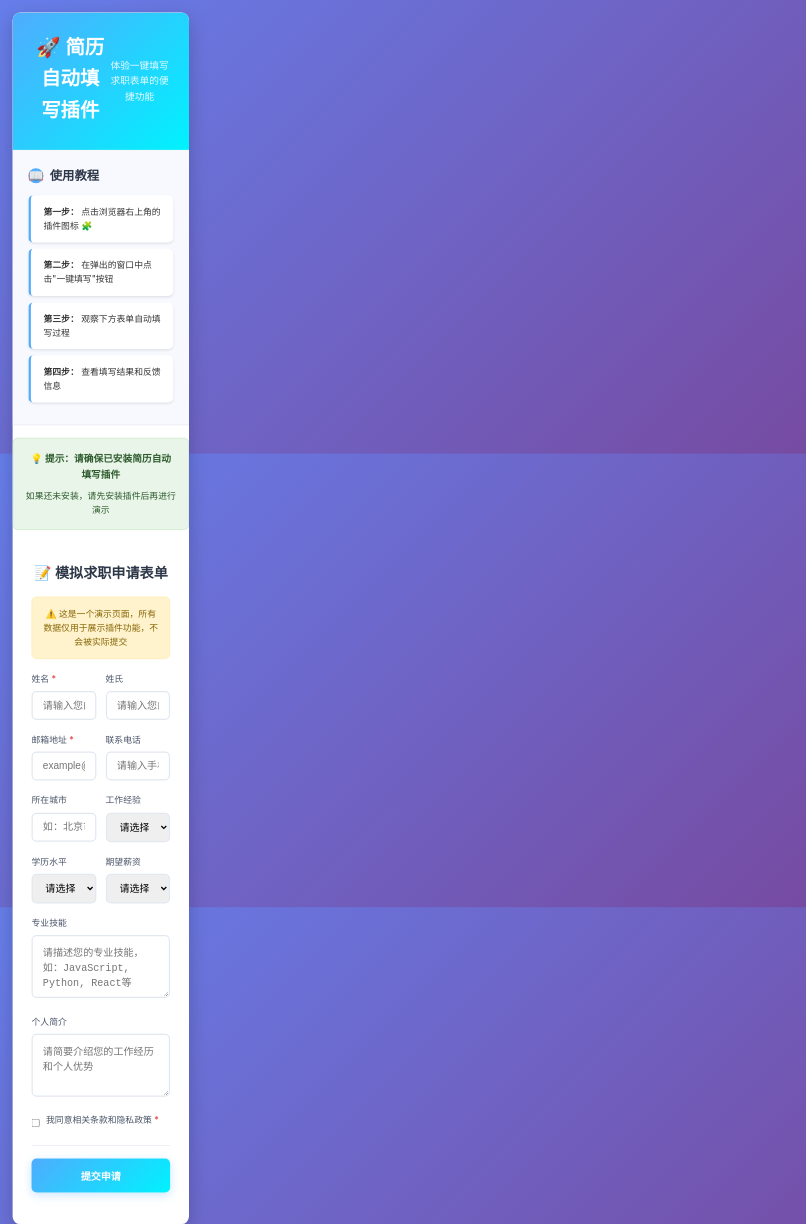
Repository: Zion74/jiancareer-chrome-main-zhn
Page: public/mock-form.html
The author's editor kept a copy of each file at every save. The page is drawn from the files as they stood at one save, then again after the next save.
The browser window is 1280 px wide. The pictures show the whole page, at 63% of full size.

Above is the page before, as saved 2025-09-09 18:50:25.

### public/mock-form.html
<!DOCTYPE html>
<html lang="zh-CN">
<head>
    <meta charset="UTF-8">
    <meta name="viewport" content="width=device-width, initial-scale=1.0">
    <title>简历自动填写插件 - 教学演示页面</title>
    <link rel="stylesheet" href="styles.css">
    <style>
        body {
            font-family: -apple-system, BlinkMacSystemFont, 'Segoe UI', Roboto, sans-serif;
            line-height: 1.6;
            margin: 0;
            padding: 20px;
            background: linear-gradient(135deg, #667eea 0%, #764ba2 100%);
            min-height: 100vh;
        }

        .container {
            max-width: 800px;
            margin: 0 auto;
            background: white;
            border-radius: 12px;
            box-shadow: 0 10px 30px rgba(0,0,0,0.2);
            overflow: hidden;
        }

        .header {
            background: linear-gradient(135deg, #4facfe 0%, #00f2fe 100%);
            color: white;
            padding: 30px;
            text-align: center;
        }

        .header h1 {
            margin: 0 0 10px 0;
            font-size: 2.2em;
            font-weight: 600;
        }

        .header p {
            margin: 0;
            font-size: 1.1em;
            opacity: 0.9;
        }

        .tutorial-section {
            background: #f8f9ff;
            padding: 25px;
            border-bottom: 1px solid #e1e5e9;
        }

        .tutorial-title {
            color: #2d3748;
            font-size: 1.4em;
            font-weight: 600;
            margin-bottom: 15px;
            display: flex;
            align-items: center;
        }

        .tutorial-icon {
            width: 24px;
            height: 24px;
            margin-right: 10px;
            background: #4facfe;
            border-radius: 50%;
            display: flex;
            align-items: center;
            justify-content: center;
            color: white;
            font-weight: bold;
        }

        .tutorial-steps {
            list-style: none;
            padding: 0;
            margin: 0;
        }

        .tutorial-steps li {
            background: white;
            margin: 10px 0;
            padding: 15px 20px;
            border-radius: 8px;
            border-left: 4px solid #4facfe;
            box-shadow: 0 2px 4px rgba(0,0,0,0.1);
        }

        .form-section {
            padding: 30px;
        }

        .form-title {
            color: #2d3748;
            font-size: 1.6em;
            font-weight: 600;
            margin-bottom: 20px;
            text-align: center;
        }

        .form-group {
            margin-bottom: 20px;
        }

        .form-row {
            display: flex;
            gap: 15px;
            margin-bottom: 20px;
        }

        .form-row .form-group {
            flex: 1;
            margin-bottom: 0;
        }

        label {
            display: block;
            margin-bottom: 8px;
            font-weight: 500;
            color: #4a5568;
        }

        .required {
            color: #e53e3e;
        }

        input[type="text"],
        input[type="email"],
        input[type="tel"],
        select,
        textarea {
            width: 100%;
            padding: 12px 16px;
            border: 2px solid #e2e8f0;
            border-radius: 8px;
            font-size: 16px;
            transition: all 0.3s ease;
            box-sizing: border-box;
        }

        input:focus,
        select:focus,
        textarea:focus {
            outline: none;
            border-color: #4facfe;
            box-shadow: 0 0 0 3px rgba(79, 172, 254, 0.1);
        }

        select {
            cursor: pointer;
        }

        textarea {
            resize: vertical;
            min-height: 100px;
        }

        .checkbox-group {
            display: flex;
            align-items: center;
            margin: 20px 0;
        }

        .checkbox-group input[type="checkbox"] {
            width: auto;
            margin-right: 10px;
        }

        .submit-section {
            text-align: center;
            padding: 20px 0;
            border-top: 1px solid #e2e8f0;
        }

        .btn {
            background: linear-gradient(135deg, #4facfe 0%, #00f2fe 100%);
            color: white;
            border: none;
            padding: 15px 40px;
            border-radius: 8px;
            font-size: 16px;
            font-weight: 600;
            cursor: pointer;
            transition: all 0.3s ease;
            box-shadow: 0 4px 15px rgba(79, 172, 254, 0.3);
        }

        .btn:hover {
            transform: translateY(-2px);
            box-shadow: 0 6px 20px rgba(79, 172, 254, 0.4);
        }

        .demo-notice {
            background: #fff3cd;
            border: 1px solid #ffeaa7;
            color: #856404;
            padding: 15px;
            border-radius: 8px;
            margin: 20px 0;
            text-align: center;
            font-weight: 500;
        }

        .extension-hint {
            background: #e8f5e8;
            border: 1px solid #c3e6c3;
            color: #2d5a2d;
            padding: 20px;
            border-radius: 8px;
            margin: 20px 0;
            text-align: center;
        }

        .extension-hint strong {
            display: block;
            font-size: 1.1em;
            margin-bottom: 10px;
        }

        @media (max-width: 768px) {
            .form-row {
                flex-direction: column;
                gap: 0;
            }

            .container {
                margin: 10px;
                border-radius: 8px;
            }

            .header {
                padding: 20px;
            }

            .header h1 {
                font-size: 1.8em;
            }
        }
    </style>
</head>
<body>
    <div class="container">
        <div class="header">
            <h1>🚀 简历自动填写插件</h1>
            <p>体验一键填写求职表单的便捷功能</p>
        </div>

        <div class="tutorial-section">
            <div class="tutorial-title">
                <div class="tutorial-icon">📖</div>
                使用教程
            </div>
            <ol class="tutorial-steps">
                <li><strong>第一步：</strong> 点击浏览器右上角的插件图标 🧩</li>
                <li><strong>第二步：</strong> 在弹出的窗口中点击"一键填写"按钮</li>
                <li><strong>第三步：</strong> 观察下方表单自动填写过程</li>
                <li><strong>第四步：</strong> 查看填写结果和反馈信息</li>
            </ol>
        </div>

        <div class="extension-hint">
            <strong>💡 提示：请确保已安装简历自动填写插件</strong>
            如果还未安装，请先安装插件后再进行演示
        </div>

        <div class="form-section">
            <h2 class="form-title">📝 模拟求职申请表单</h2>

            <div class="demo-notice">
                ⚠️ 这是一个演示页面，所有数据仅用于展示插件功能，不会被实际提交
            </div>

            <form id="demo-form" action="#" method="post">
                <div class="form-row">
                    <div class="form-group">
                        <label for="firstName">姓名 <span class="required">*</span></label>
                        <input type="text" id="firstName" name="firstName" placeholder="请输入您的姓名" required>
                    </div>
                    <div class="form-group">
                        <label for="lastName">姓氏</label>
                        <input type="text" id="lastName" name="lastName" placeholder="请输入您的姓氏">
                    </div>
                </div>

                <div class="form-row">
                    <div class="form-group">
                        <label for="email">邮箱地址 <span class="required">*</span></label>
                        <input type="email" id="email" name="email" placeholder="example@email.com" required>
                    </div>
                    <div class="form-group">
                        <label for="phone">联系电话</label>
                        <input type="tel" id="phone" name="phone" placeholder="请输入手机号码">
                    </div>
                </div>

                <div class="form-row">
                    <div class="form-group">
                        <label for="location">所在城市</label>
                        <input type="text" id="location" name="location" placeholder="如：北京市">
                    </div>
                    <div class="form-group">
                        <label for="experience">工作经验</label>
                        <select id="experience" name="experience">
                            <option value="">请选择工作经验</option>
                            <option value="0-1">0-1年</option>
                            <option value="1-3">1-3年</option>
                            <option value="3-5">3-5年</option>
                            <option value="5-10">5-10年</option>
                            <option value="10+">10年以上</option>
                        </select>
                    </div>
                </div>

                <div class="form-row">
                    <div class="form-group">
                        <label for="education">学历水平</label>
                        <select id="education" name="education">
                            <option value="">请选择学历</option>
                            <option value="高中">高中</option>
                            <option value="大专">大专</option>
                            <option value="本科">本科</option>
                            <option value="硕士">硕士</option>
                            <option value="博士">博士</option>
                        </select>
                    </div>
                    <div class="form-group">
                        <label for="salary">期望薪资</label>
                        <select id="salary" name="salary">
                            <option value="">请选择期望薪资</option>
                            <option value="5k-8k">5K-8K</option>
                            <option value="8k-12k">8K-12K</option>
                            <option value="12k-18k">12K-18K</option>
                            <option value="18k-25k">18K-25K</option>
                            <option value="25k+">25K以上</option>
                        </select>
                    </div>
                </div>

                <div class="form-group">
                    <label for="skills">专业技能</label>
                    <textarea id="skills" name="skills" placeholder="请描述您的专业技能，如：JavaScript, Python, React等"></textarea>
                </div>

                <div class="form-group">
                    <label for="introduction">个人简介</label>
                    <textarea id="introduction" name="introduction" placeholder="请简要介绍您的工作经历和个人优势"></textarea>
                </div>

                <div class="checkbox-group">
                    <input type="checkbox" id="agree" name="agree" required>
                    <label for="agree">我同意相关条款和隐私政策 <span class="required">*</span></label>
                </div>

                <div class="submit-section">
                    <button type="submit" class="btn">提交申请</button>
                </div>
            </form>
        </div>
    </div>

    <script>
        // 监听来自插件的消息
        window.addEventListener('message', function(event) {
            if (event.data.type === 'SJ_DETECT_V1') {
                // 响应插件的检测消息
                event.source.postMessage({
                    type: 'SJ_ACK_V1',
                    success: true,
                    message: '页面已准备好进行自动填写演示'
                }, '*');
            }

            if (event.data.source === 'JIANCAREER_EXTENSION') {
                console.log('收到插件消息:', event.data);

                if (event.data.type === 'TUTORIAL_DEMO') {
                    // 处理教程演示消息
                    showTutorialMessage('插件正在演示自动填写功能...', 'info');
                } else if (event.data.type === 'AUTOFILL_COMPLETE') {
                    // 处理填写完成消息
                    const result = event.data.result;
                    let message = '';
                    let type = 'success';

                    if (result.success) {
                        message = `填写完成！成功填写 ${result.filled}/${result.total} 个字段`;
                        if (result.filled === result.total) {
                            message += ' 🎉';
                        }
                    } else {
                        message = `填写失败：${result.error || '未知错误'}`;
                        type = 'error';
                    }

                    showTutorialMessage(message, type);

                    // 如果填写成功，显示额外的成功提示
                    if (result.success && result.filled > 0) {
                        setTimeout(() => {
                            alert(`恭喜！插件已成功帮您填写了表单。\n\n填写详情：\n- 成功填写：${result.filled} 个字段\n- 总字段数：${result.total} 个\n\n您现在可以检查填写的内容，然后提交表单。`);
                        }, 1000);
                    }
                }
            }
        });

        function showTutorialMessage(message, type = 'info') {
            const colors = {
                info: '#2196F3',
                success: '#4CAF50',
                error: '#f44336',
                warning: '#ff9800'
            };

            const messageDiv = document.createElement('div');
            messageDiv.style.cssText = `
                position: fixed;
                top: 20px;
                right: 20px;
                background: ${colors[type] || colors.info};
                color: white;
                padding: 15px 20px;
                border-radius: 8px;
                box-shadow: 0 4px 12px rgba(0,0,0,0.15);
                z-index: 10000;
                font-family: -apple-system, BlinkMacSystemFont, 'Segoe UI', Roboto, sans-serif;
                font-size: 14px;
                max-width: 300px;
                word-wrap: break-word;
                animation: slideIn 0.3s ease-out;
            `;

            // 添加动画样式
            if (!document.getElementById('message-animation-style')) {
                const style = document.createElement('style');
                style.id = 'message-animation-style';
                style.textContent = `
                    @keyframes slideIn {
                        from {
                            transform: translateX(100%);
                            opacity: 0;
                        }
                        to {
                            transform: translateX(0);
                            opacity: 1;
                        }
                    }
                `;
                document.head.appendChild(style);
            }

            messageDiv.textContent = message;
            document.body.appendChild(messageDiv);

            setTimeout(() => {
                if (document.body.contains(messageDiv)) {
                    messageDiv.style.animation = 'slideIn 0.3s ease-out reverse';
                    setTimeout(() => {
                        if (document.body.contains(messageDiv)) {
                            document.body.removeChild(messageDiv);
                        }
                    }, 300);
                }
            }, type === 'error' ? 5000 : 3000);
        }

        // 表单提交处理
        document.getElementById('demo-form').addEventListener('submit', function(e) {
            e.preventDefault();
            alert('🎉 演示完成！\n\n这是一个演示页面，表单数据不会被实际提交。\n\n感谢您体验简历自动填写插件！');
        });

        // 页面加载完成后发送准备就绪消息
        window.addEventListener('load', function() {
            console.log('[Mock Form] 教学演示页面已加载完成');

            // 向插件发送页面准备就绪的消息
            if (window.chrome && window.chrome.runtime) {
                try {
                    window.chrome.runtime.sendMessage({
                        type: 'PAGE_READY',
                        url: window.location.href,
                        title: document.title
                    });
                } catch (error) {
                    console.log('[Mock Form] 插件通信失败，这是正常现象（在非插件环境中）');
                }
            }
        });

        // 添加表单字段变化监听，用于演示
        const formInputs = document.querySelectorAll('input, select, textarea');
        formInputs.forEach(input => {
            input.addEventListener('input', function() {
                // 添加填写动画效果
                this.style.backgroundColor = '#e8f5e8';
                setTimeout(() => {
                    this.style.backgroundColor = '';
                }, 1000);
            });
        });
    </script>
</body>
</html>

Loaded but not shown: public/styles.css (1096 lines, source omitted)

After the next save:
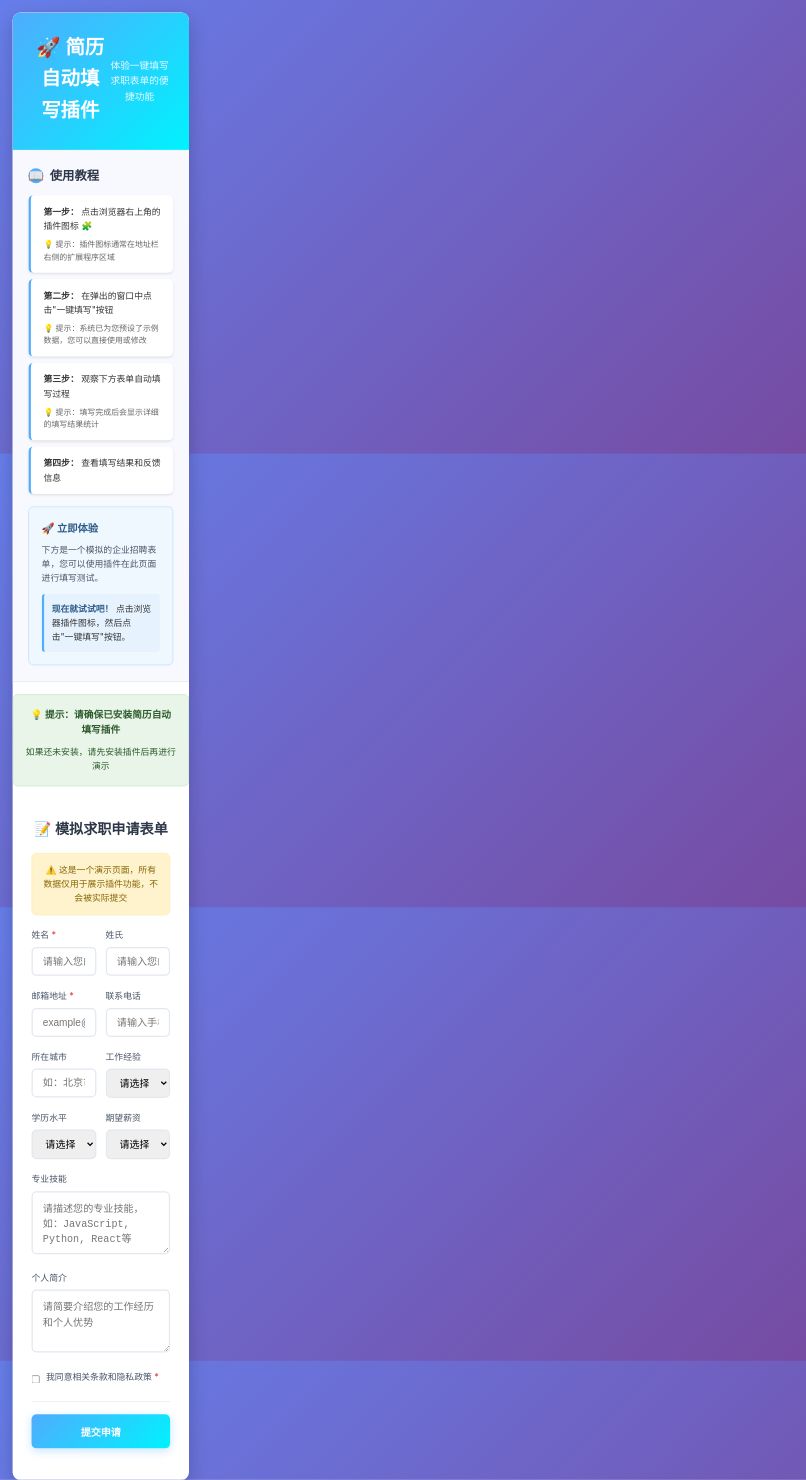
Saved 28 s later.
--- a/public/mock-form.html
+++ b/public/mock-form.html
@@ -251,11 +251,25 @@
                 使用教程
             </div>
             <ol class="tutorial-steps">
-                <li><strong>第一步：</strong> 点击浏览器右上角的插件图标 🧩</li>
-                <li><strong>第二步：</strong> 在弹出的窗口中点击"一键填写"按钮</li>
-                <li><strong>第三步：</strong> 观察下方表单自动填写过程</li>
+                <li><strong>第一步：</strong> 点击浏览器右上角的插件图标 🧩
+                    <div style="margin-top: 8px; color: #666; font-size: 0.9em;">💡 提示：插件图标通常在地址栏右侧的扩展程序区域</div>
+                </li>
+                <li><strong>第二步：</strong> 在弹出的窗口中点击"一键填写"按钮
+                    <div style="margin-top: 8px; color: #666; font-size: 0.9em;">💡 提示：系统已为您预设了示例数据，您可以直接使用或修改</div>
+                </li>
+                <li><strong>第三步：</strong> 观察下方表单自动填写过程
+                    <div style="margin-top: 8px; color: #666; font-size: 0.9em;">💡 提示：填写完成后会显示详细的填写结果统计</div>
+                </li>
                 <li><strong>第四步：</strong> 查看填写结果和反馈信息</li>
             </ol>
+
+            <div style="background: #f0f8ff; border: 1px solid #b3d9ff; border-radius: 8px; padding: 20px; margin-top: 20px;">
+                <h3 style="margin: 0 0 10px 0; color: #2d5a87;">🚀 立即体验</h3>
+                <p style="margin: 0 0 15px 0; color: #4a5568;">下方是一个模拟的企业招聘表单，您可以使用插件在此页面进行填写测试。</p>
+                <div style="background: #e6f3ff; padding: 12px; border-radius: 6px; border-left: 4px solid #4facfe;">
+                    <strong style="color: #2d5a87;">现在就试试吧！</strong> 点击浏览器插件图标，然后点击"一键填写"按钮。
+                </div>
+            </div>
         </div>
 
         <div class="extension-hint">
